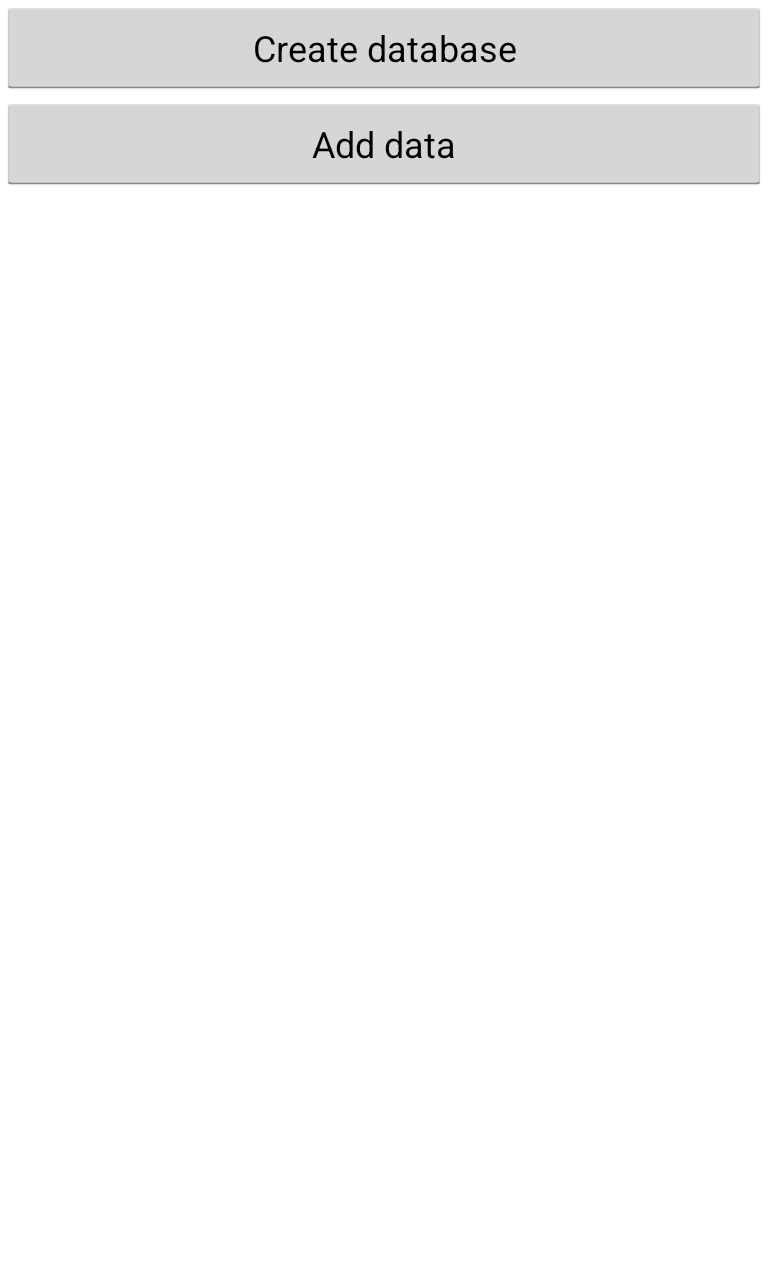
Repository: Wang-Xuan/Hello-World
Layout: DatabaseTest/res/layout/activity_main.xml
These files come from the project's save history. The layout is drawn as it stood at one moment and after the next save; the edit follows.
It is drawn on a 768 x 1280 px phone screen (xhdpi) without system bars, with theme AppTheme; the app's code is not run.

Above is the layout before, as saved 2015-03-11 13:29:01.

After the next save:
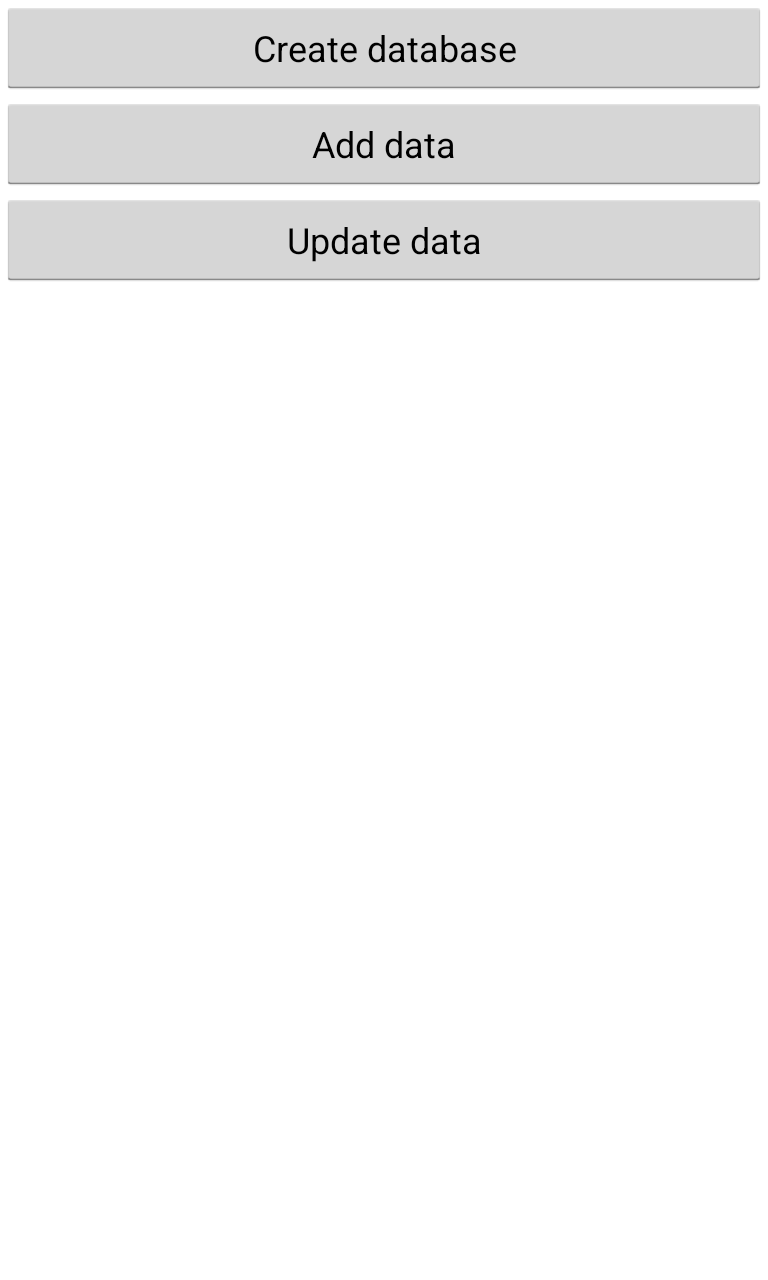
Saved 96 s later.
--- a/DatabaseTest/res/layout/activity_main.xml
+++ b/DatabaseTest/res/layout/activity_main.xml
@@ -15,4 +15,10 @@
 	    android:layout_height="wrap_content"
 	    android:text="Add data" />
 
+	<Button
+	    android:id="@+id/update_data"
+	    android:layout_width="match_parent"
+	    android:layout_height="wrap_content"
+	    android:text="Update data" />
+
 </LinearLayout>
